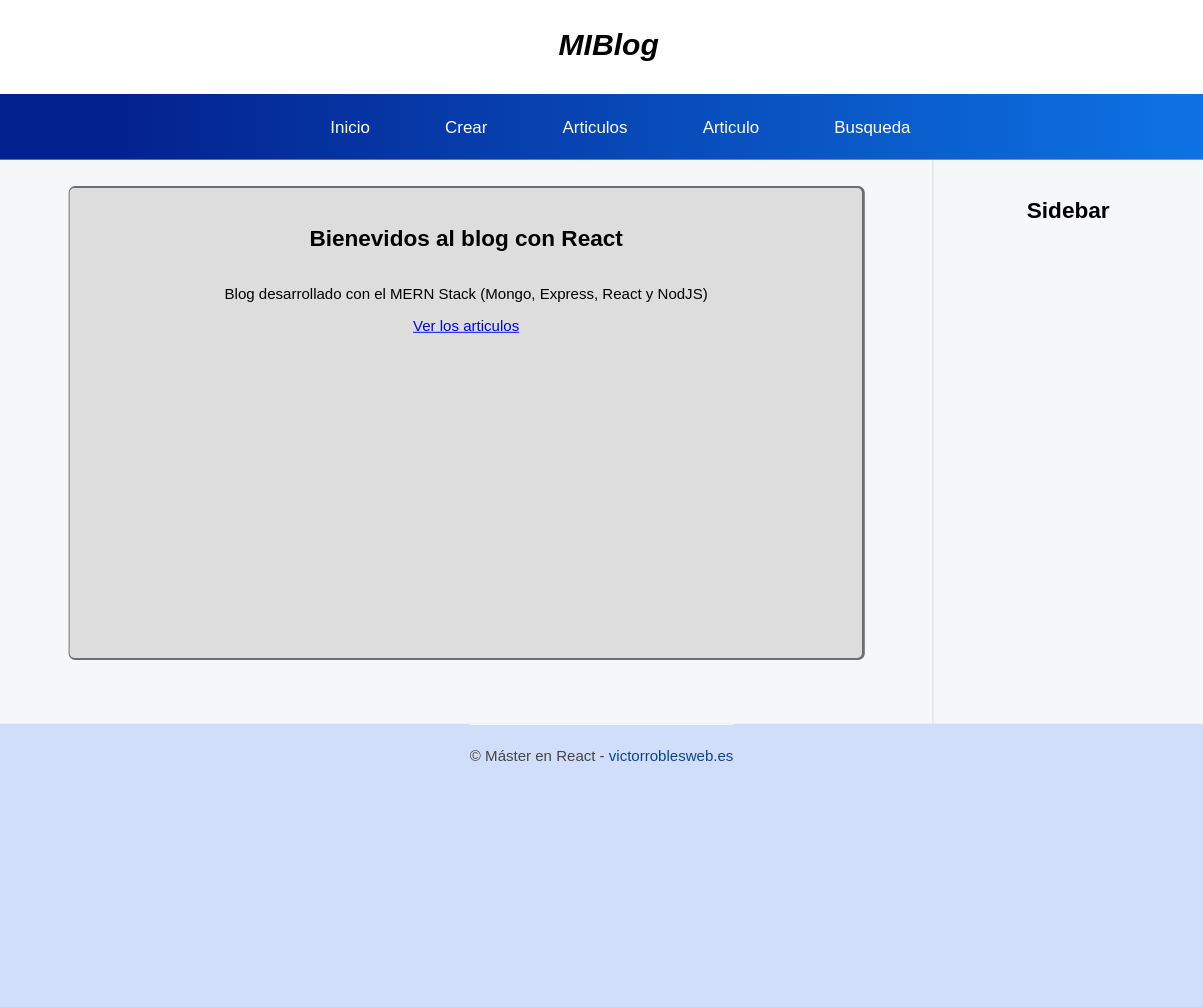
Repository: DamianBermudez94/frondEnd-blog
Page: /
The author's editor kept a copy of each file at every save. The page is drawn from the files as they stood at one save, then again after the next save.
The browser window is 1280 px wide. The pictures show the whole page, at 94% of full size.
The project was rebuilt for these pictures with package versions that can differ from the ones it lists, and the page was loaded fresh each time. Also part of the build but not shown: vite.config.js, src/components/pages/Busqueda.jsx, src/components/pages/Crear.jsx, src/components/pages/Articulos.jsx, src/components/pages/Articulo.jsx.

Above is the page before, as saved 2023-08-07 23:01:45.

After the next save:
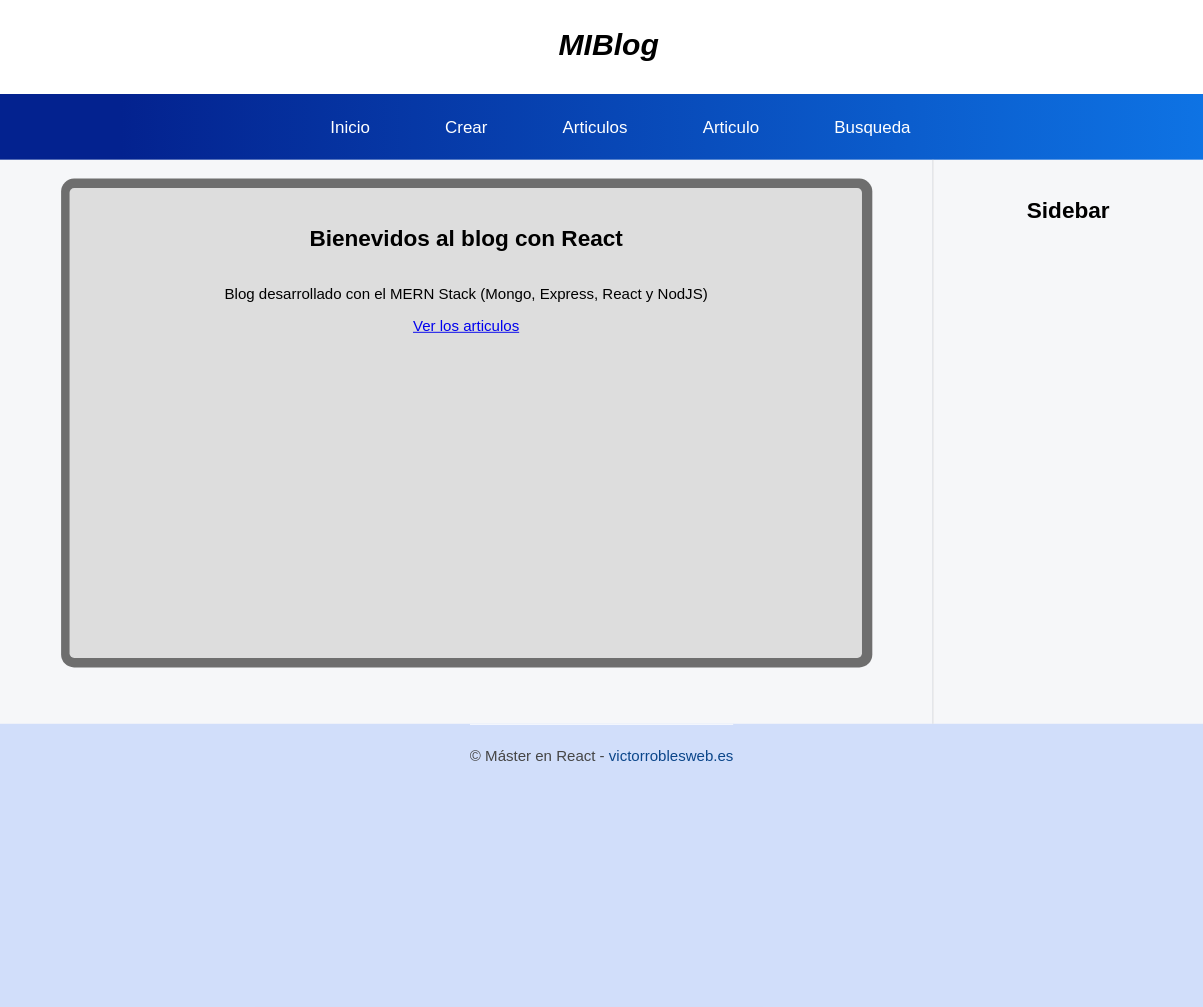
Saved 4 s later.
--- a/src/index.css
+++ b/src/index.css
@@ -166,7 +166,7 @@ body{
   align-items: center;
   flex-direction: column;
   border-radius: 5px;
-  box-shadow: 1px 0px 0px 2px #6e6e6e;
+  box-shadow: 1px 0px 0px 10px #6e6e6e;
   margin: 30px auto;
 }
 .articulo-item{
